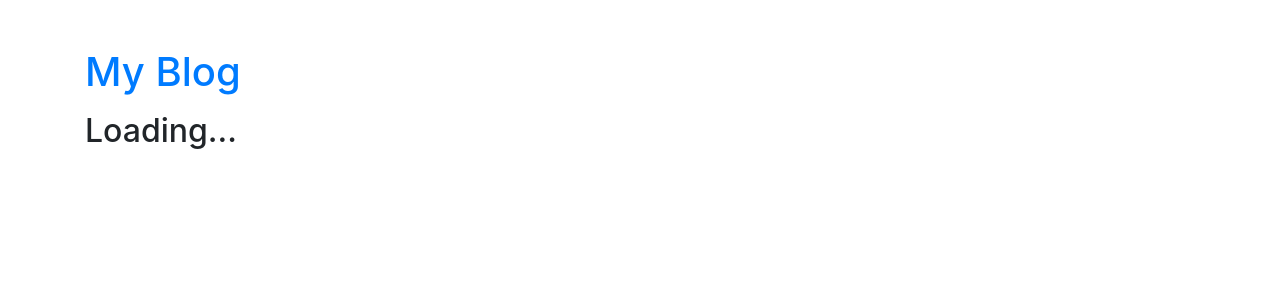
Repository: striver-69/Assignment_React
Page: /
An editor plug-in stored every save of this project. The page is shown before and after the next save, followed by the edit.
The browser window is 1280 px wide. The pictures show the whole page.
The page's requests for data from a server got no answer. The project was rebuilt for these pictures with package versions that can differ from the ones it lists, and the page was loaded fresh each time. No one was signed in, and anything a server would have sent is missing. Also part of the build but not shown: src/App.css.

Above is the page before, as saved 2021-04-05 20:25:13.

After the next save:
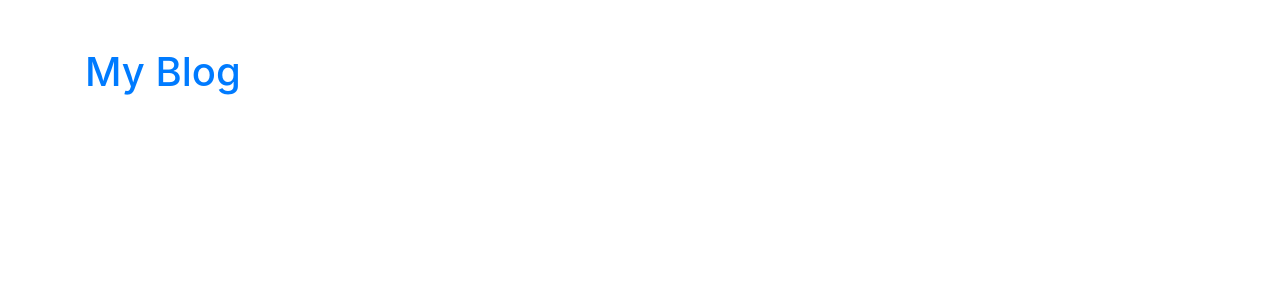
Saved 33 min 40 s later.
--- a/src/App.js
+++ b/src/App.js
@@ -21,23 +21,13 @@ const App = () => {
     fetchPosts();
   }, []);
 
-  // Get current posts
-  const indexOfLastPost = currentPage * postsPerPage;
-  const indexOfFirstPost = indexOfLastPost - postsPerPage;
-  const currentPosts = posts.slice(indexOfFirstPost, indexOfLastPost);
-
   // Change page
   const paginate = pageNumber => setCurrentPage(pageNumber);
 
   return (
     <div className='container mt-5'>
       <h1 className='text-primary mb-3'>My Blog</h1>
-      <Posts posts={currentPosts} loading={loading} />
-      <Pagination
-        postsPerPage={postsPerPage}
-        totalPosts={posts.length}
-        paginate={paginate}
-      />
+
     </div>
   );
 };
